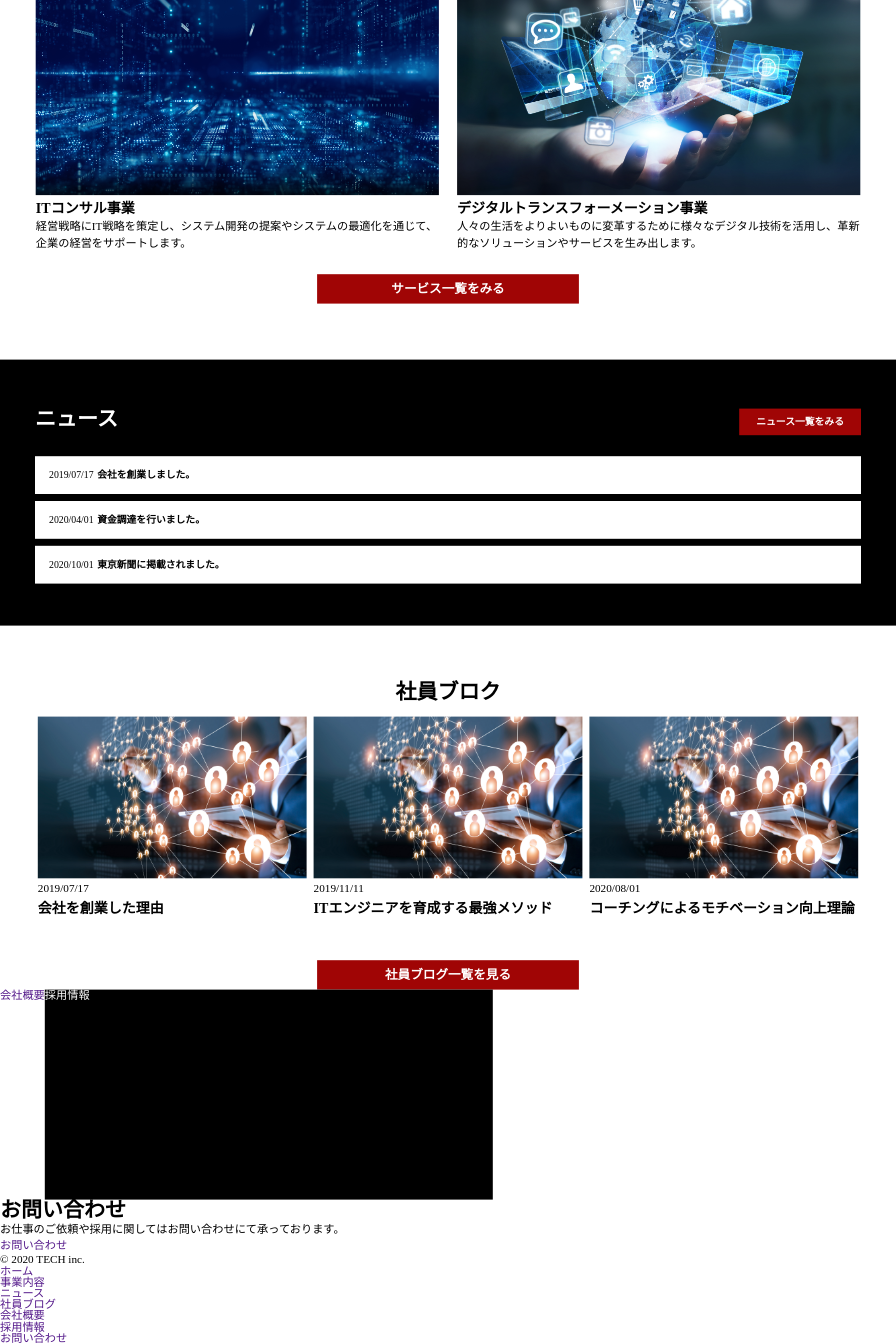
Repository: masanarimiura/20220516_miura
Page: index.html
These files come from the project's save history. The page is drawn as it stood at one moment and after the next save; the edit follows.
The browser window is 1280 px wide. The pictures show the part of the page from y = 1664 to 3584 px (the page is 3584 px tall), at 70% of full size.

Above is the page before, as saved 2022-05-13 20:54:03.

### index.html
<!DOCTYPE html>
<html lang="ja">

<head>
  <meta charset="UTF-8">
  <meta http-equiv="X-UA-Compatible" content="IE=edge">
  <meta name="viewport" content="width=device-width, initial-scale=1.0">
  <title>Document</title>
  <link rel="stylesheet" href="css/reset.css">
  <link rel="stylesheet" href="css/index.css">
</head>

<body>

  <header class="header">
    <h2 class="header__ttl">TECH</h2>
    <nav class="header__nav">
      <ul>
        <li><a href="" class="header__nav__item1">ホーム</a></li>
        <li><a href="" class="header__nav__item2">事業内容</a></li>
        <li><a href="" class="header__nav__item3">ニュース</a></li>
        <li><a href="" class="header__nav__item4">社員ブログ</a></li>
        <li><a href="" class="header__nav__item5">会社概要</a></li>
        <li><a href="" class="header__nav__item6">採用情報</a></li>
        <li><a href="" class="header__nav__item7">お問い合わせ</a></li>
      </ul>
    </nav>
  </header>

  <div class="eyecatch">
    <div class="eyecatch__content">
      <h1 class="eyecatch__content__ttl">最新のテクノロジーで社会課題を解決</h1>
      <p class="eyecatch__content__txt">solving social issues with the latest tdchnology</p>
    </div>
  </div>

  <div class="message">
    <div class="message__inner">
      <h2 class="message__ttl">株式会社TECHの想い</h2>
      <p class="message__txt">
        あらゆる産業において、新たなデジタル技術を使ってこれまでにないビジネスモデルを展開する新規参入者が養生し、ゲームチェンジが起ころうとしています。こうした中で、各企業は、競争力維持・強化のために。DXを迅速に進めていくことが求められています。しかし、DXにおいて投資コストは非常にかかります。株式会社TECHでは独自のオペレーションと人材教育により、他社よりも価格を抑えた開発を行います。
      </p>
    </div>
  </div>

  <div class="service">
    <h2 class="service__ttl">サービス</h2>
    <div class="service__inner">
      <div class="service__box">
        <img src="img/service1.png" alt="" class="service__box__img">
        <h3 class="service__box__ttl">IT人材育成事業</h3>
        <p class="service__box__txt">これまでに培った教育手法を生かして、短期間で即戦力のIT人材を育成します。</p>
      </div>
      <div class="service__box">
        <img src="img/service2.png" alt="" class="service__box__img">
        <h3 class="service__box__ttl">コーチング事業</h3>
        <p class="service__box__txt">目標達成を最短で実現するために、プロのコーチによるマンツーマンのサポートを実施します。</p>
      </div>
      <div class="service__box">
        <img src="img/service3.png" alt="" class="service__box__img">
        <h3 class="service__box__ttl">ITコンサル事業</h3>
        <p class="service__box__txt">経営戦略にIT戦略を策定し、システム開発の提案やシステムの最適化を通じて、企業の経営をサポートします。</p>
      </div>
      <div class="service__box">
        <img src="img/service4.png" alt="" class="service__box__img">
        <h3 class="service__box__ttl">デジタルトランスフォーメーション事業</h3>
        <p class="service__box__txt">人々の生活をよりよいものに変革するために様々なデジタル技術を活用し、革新的なソリューションやサービスを生み出します。</p>
      </div>
      <a href="" class="button">サービス一覧をみる</a>
    </div>
  </div>

  <div class="news">
    <div class="news__inner">
      <div class="news__ttl">
        <h2 class="news__ttl-txt">ニュース</h2>
        <a href="" class="service__link button">ニュース一覧をみる</a>
      </div>
      <div class="news__content">
        <ul class="news__content-inner">
          <li class="news__content-topic">
            <a herf="">2019/07/17<span>会社を創業しました。</span></a>
          </li>
          <li class="news__content-topic">
            <a herf="">2020/04/01<span>資金調達を行いました。</span></a>
          </li>
          <li class="news__content-topic">
            <a herf="">2020/10/01<span>東京新聞に掲載されました。</span></a>
          </li>
        </ul>
      </div>
    </div>
  </div>
  <div class="blog">
    <h2 class="blog__ttl">社員ブロク</h2>
    <div class="blog__inner">
      <div class="blog__box">
        <a href=""><img src="img/blog.png" alt="" class="blog__img"></a>
        <p class="blog__date">2019/07/17</p>
        <p class="blog__txt">会社を創業した理由</p>
      </div>
      <div class="blog__box">
        <a href=""><img src="img/blog.png" alt="" class="blog__img"></a>
        <p class="blog__date">2019/11/11</p>
        <p class="blog__txt">ITエンジニアを育成する最強メソッド</p>
      </div>
      <div class="blog__box">
        <a href=""><img src="img/blog.png" alt="" class="blog__img"></a>
        <p class="blog__date">2020/08/01</p>
        <p class="blog__txt">コーチングによるモチベーション向上理論</p>
      </div>
    </div>
    <a href="" class="button blog__link">社員ブログ一覧を見る</a>
  </div>

  <div class="info">
    <div class="info__company"><a href="">会社概要</a></div>
    <div class="info__recruit"><a href="">採用情報</a></div>
  </div>

  <div class="contact">
    <h2 class="contact__ttl">お問い合わせ</h2>
    <p class="contact__txt">お仕事のご依頼や採用に関してはお問い合わせにて承っております。</p>
    <p class="contact__link"><a href="">お問い合わせ</a></p>
  </div>

  <footer class="footer">
    <div class="footer__copy">&copy; 2020 TECH inc.</div>
    <ul class="footer__nav">
      <li><a href="" class="footer__nav__item1">ホーム</a></li>
      <li><a href="" class="footer__nav__item2">事業内容</a></li>
      <li><a href="" class="footer__nav__item3">ニュース</a></li>
      <li><a href="" class="footer__nav__item4">社員ブログ</a></li>
      <li><a href="" class="footer__nav__item5">会社概要</a></li>
      <li><a href="" class="footer__nav__item6">採用情報</a></li>
      <li><a href="" class="footer__nav__item7">お問い合わせ</a></li>
    </ul>
  </footer>


  <script src="js/main.js"></script>
</body>

</html>

### css/reset.css
/*
html5doctor.com Reset Stylesheet
v1.6.1
Last Updated: 2010-09-17
Author: Richard Clark - http://richclarkdesign.com
Twitter: @rich_clark
*/
html,
body,
div,
span,
object,
iframe,
h1,
h2,
h3,
h4,
h5,
h6,
p,
blockquote,
pre,
abbr,
address,
cite,
code,
del,
dfn,
em,
img,
ins,
kbd,
q,
samp,
small,
strong,
sub,
sup,
var,
b,
i,
dl,
dt,
dd,
ol,
ul,
li,
fieldset,
form,
label,
legend,
table,
caption,
tbody,
tfoot,
thead,
tr,
th,
td,
article,
aside,
canvas,
details,
figcaption,
figure,
footer,
header,
hgroup,
menu,
nav,
section,
summary,
time,
mark,
audio,
video {
  margin: 0;
  padding: 0;
  border: 0;
  outline: 0;
  font-size: 100%;
  vertical-align: baseline;
  background: transparent;
}

body {
  line-height: 1;
}

article,
aside,
details,
figcaption,
figure,
footer,
header,
hgroup,
menu,
nav,
section {
  display: block;
}

nav ul {
  list-style: none;
}

blockquote,
q {
  quotes: none;
}

blockquote:before,
blockquote:after,
q:before,
q:after {
  content: "";
  content: none;
}

a {
  margin: 0;
  padding: 0;
  font-size: 100%;
  vertical-align: baseline;
  background: transparent;
}

/* change colours to suit your needs */
ins {
  background-color: #ff9;
  color: #000;
  text-decoration: none;
}

/* change colours to suit your needs */
mark {
  background-color: #ff9;
  color: #000;
  font-style: italic;
  font-weight: bold;
}

del {
  text-decoration: line-through;
}

abbr[title],
dfn[title] {
  border-bottom: 1px dotted;
  cursor: help;
}

table {
  border-collapse: collapse;
  border-spacing: 0;
}

/* change border colour to suit your needs */
hr {
  display: block;
  height: 1px;
  border: 0;
  border-top: 1px solid #cccccc;
  margin: 1em 0;
  padding: 0;
}

input,
select {
  vertical-align: middle;
}

### css/index.css
h2 {
  font-size: 30px;
  font-weight: bold;
}
h3 {
  font-size: 20px;
  font-weight: bold;
  line-height: 1.5;
}
a {
  text-decoration: none;
}
p {
  line-height: 1.5;
}
.button {
  display: block;
  text-align: center;
  color: #fff;
  font-size: 18px;
  font-weight: bold;
  background-color: rgb(160, 5, 5);
  width: 350px;
  padding: 12px;
}

.header {
  display: flex;
  justify-content: space-between;
  text-align: center;
  padding: 20px 30px;
  position: sticky;
  top: 0;
  background-color: #fff;
  z-index: 1;
}
.header__nav ul {
  display: flex;
  justify-content: space-between;
}
.header__nav ul li {
  padding: 0 15px;
  font-size: 16px;
  font-weight: bold;
}
.header__nav ul li a {
  color: #000;
}

.eyecatch {
  display: flex;
  justify-content: center;
  align-items: center;
  text-align: center;
  background: url(../img/mv.png) center/ cover;
  height: 80vh;
}
.eyecatch__content {
  color: #fff;
}
.eyecatch__content__ttl {
  font-size: 50px;
  padding: 20px;
  line-height: 1.5;
}
.eyecatch__content__txt {
  font-weight: bold;
  font-size: 20px;
  padding: 20px;
}

.message {
  background: #000;
  display: flex;
  justify-content: center;
  align-items: center;
}
.message__inner {
  padding: 80px 80px;
}
.message__ttl {
  color: #fff;
}
.message__txt {
  color: #fff;
  line-height: 2;
  text-align: justify;
  padding: 20px 0 0;
}

.service {
  margin-top: 100px;
}
.service__ttl {
  text-align: center;
  margin-bottom: 30px;
}
.service__inner {
  display: flex;
  align-items: center;
  flex-wrap: wrap;
  justify-content: center;
}
.service__box {
  width: 45%;
  height: auto;
  padding: 1%;
  margin-bottom: 20px;
}
.service__box img {
  width: 100%;
  height: auto;
}
.service__button {
  margin-top: 50px;
}
.news {
  background: #000;
  margin-top: 80px;
}
.news__inner {
  padding: 50px 50px;
}
.news__ttl {
  display: flex;
  justify-content: space-between;
  padding: 20px 0;
}
.news__ttl-txt {
  color: #fff;
}
.service__link {
  width: 150px;
  font-size: 14px;
}
.news__content-topic a {
  background-color: #fff;
  margin: 10px 0;
  padding: 20px;
  font-size: 14px;
  display: block;
}
.news__content-topic span {
  font-weight: bold;
  display: inline-block;
  padding: 0 5px;
}

.blog {
  margin-top: 80px;
}
.blog__ttl {
  text-align: center;
}
.blog__inner {
  display: flex;
  justify-content: center;
}
.blog__box {
  width: 30%;
  margin: 20px 5px;
}
.blog__box img {
  width: 100%;
}
.blog__txt {
  font-weight: bold;
  font-size: 20px;
}
.blog__link {
  margin: 40px auto 0;
}

.info {
  display: flex;
}
.info__campany {
  width: 50%;
  height: 300px;
  background: rgb(160, 5, 5);
}
.info__recruit {
  width: 50%;
  height: 300px;
  background: #000;
}
.info__recruit a {
  color: #fff;
}

Loaded but not shown: js/main.js (no copy from this time; the picture is the same without it)

After the next save:
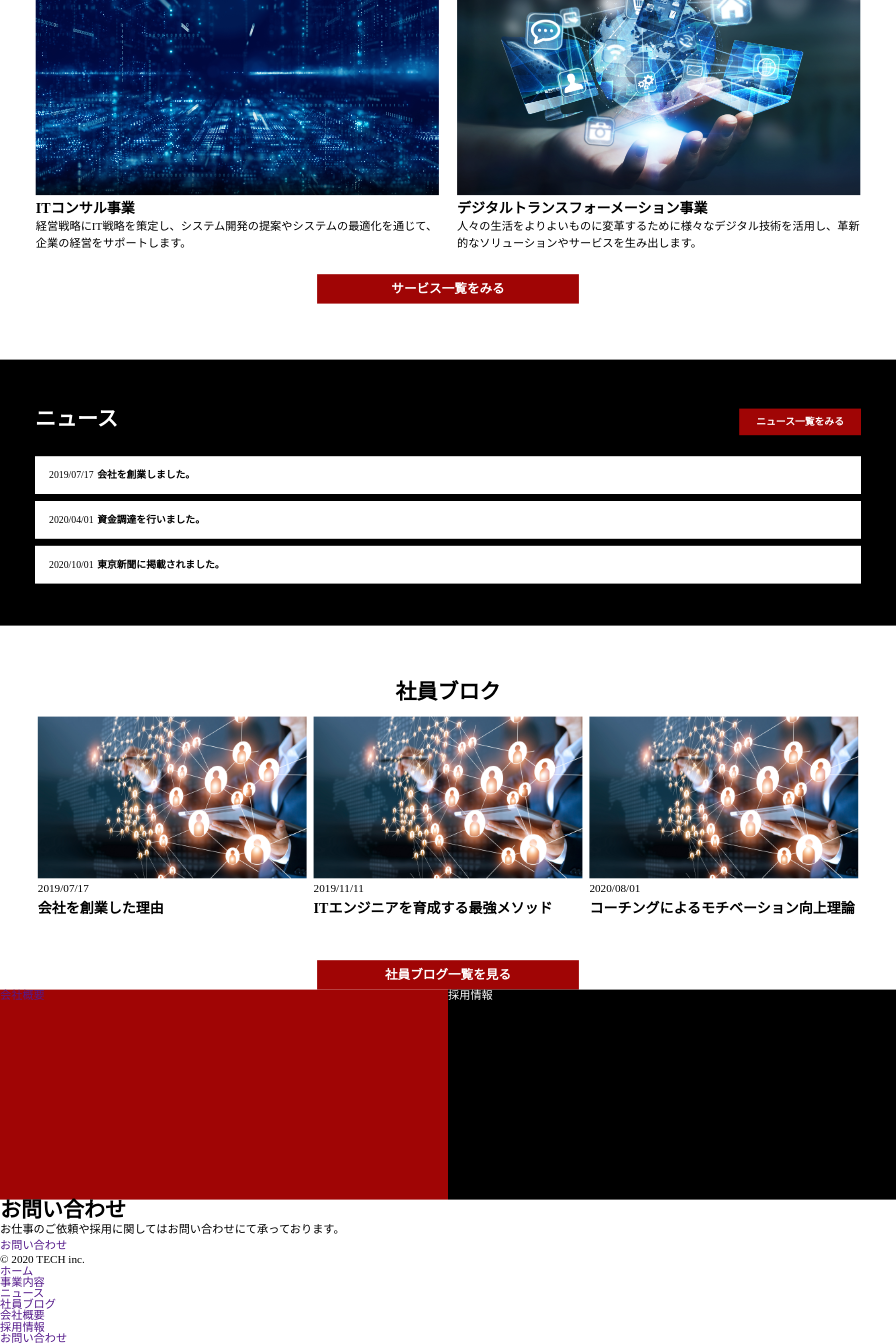
Saved 5 s later.
--- a/css/index.css
+++ b/css/index.css
@@ -174,7 +174,7 @@ p {
 .info {
   display: flex;
 }
-.info__campany {
+.info__company {
   width: 50%;
   height: 300px;
   background: rgb(160, 5, 5);
